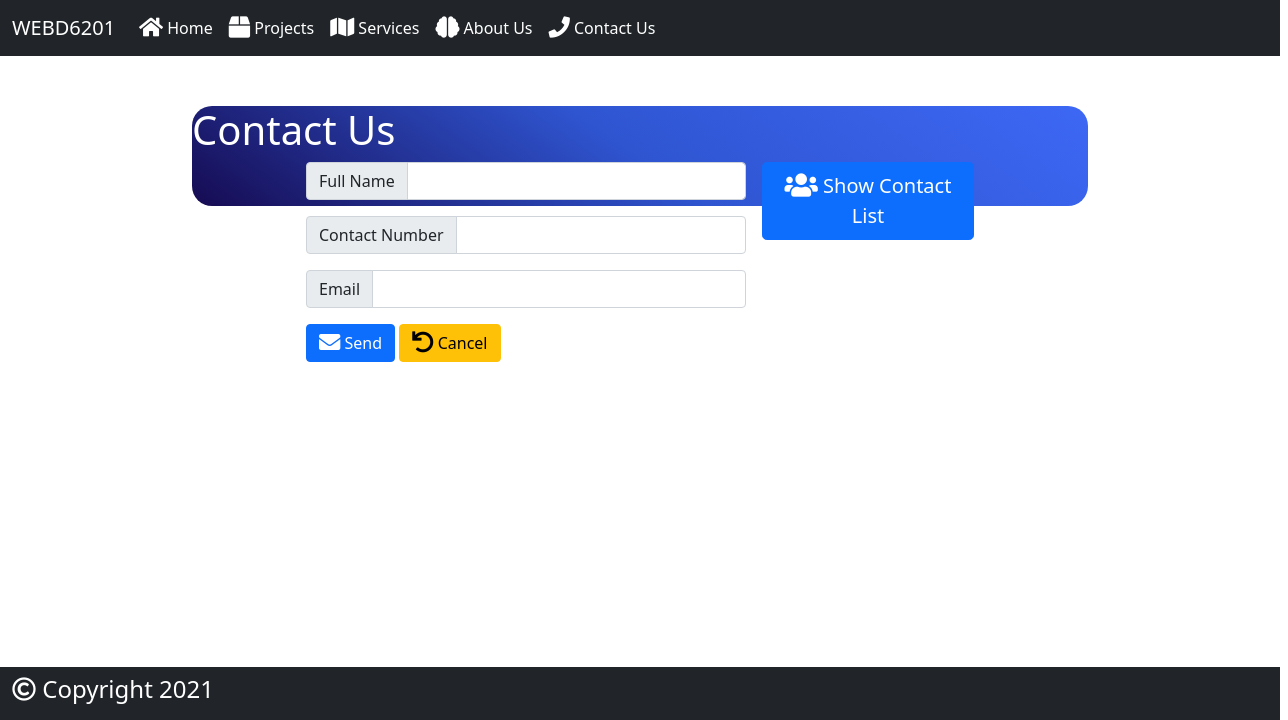
Repository: AshokSasi/WEBD6201-ASasi-JYuan-Lab2
Page: contact.html
An editor plug-in stored every save of this project. The page is shown before and after the next save, followed by the edit.
The browser window is 1280 px wide. The page is 1280 px wide, then 1288 px, so the pictures cover 1288 px, including what lies to the right of the window. The pictures show the whole page.

Above is the page before, as saved 2021-01-28 20:35:13.
Not found: Scripts/contact.js

After the next save:
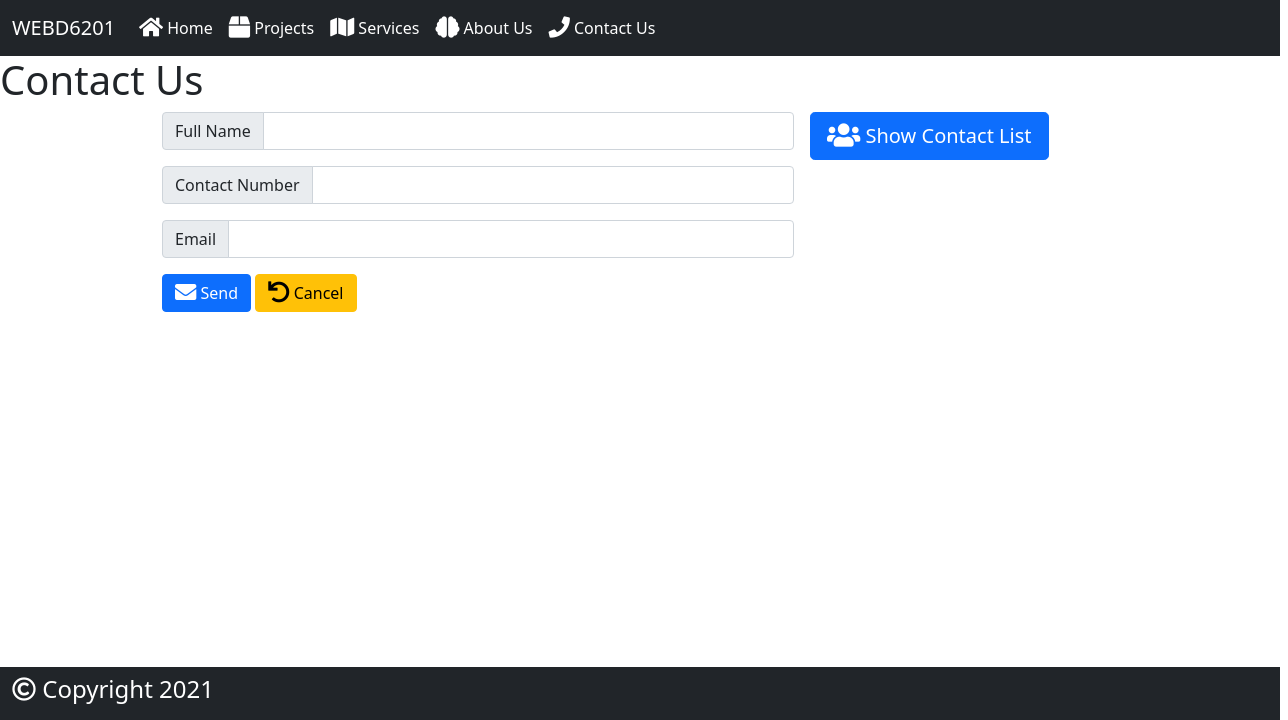
Saved 56 s later.
--- a/contact.html
+++ b/contact.html
@@ -44,7 +44,7 @@
   </header>
 
     <!-- Main Content-->
-    <main class="contactForm">
+    <main>
         <h1>Contact Us</h1>
        <div id="messageArea">
 
